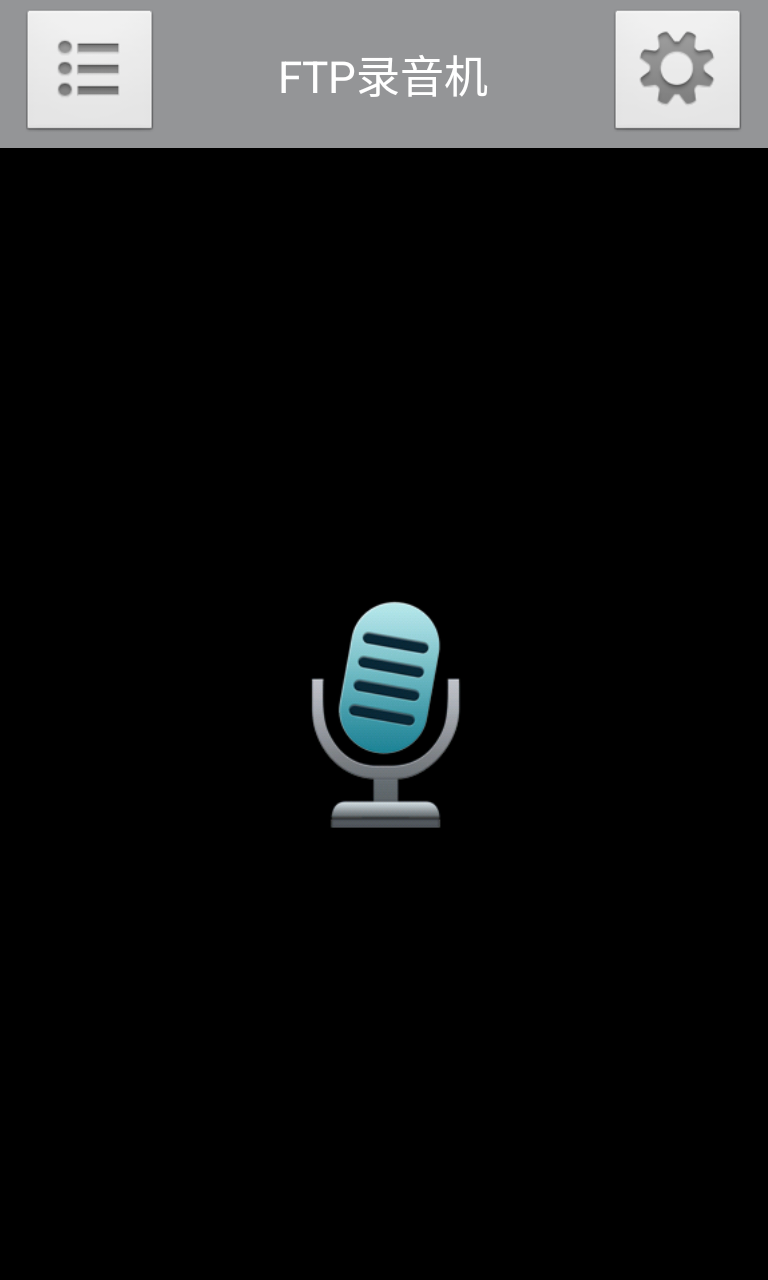
Repository: stone-jin/WAVRecoder
Layout: WAVRecoder2/res/layout/main.xml
An editor plug-in stored every save of this project. The layout is shown before and after the next save, followed by the edit.
It is drawn on a 768 x 1280 px phone screen (xhdpi) without system bars, with theme Anim_style2; the app's code is not run.

Above is the layout before, as saved 2014-05-06 18:59:08.

### WAVRecoder2/res/layout/main.xml
<?xml version="1.0" encoding="utf-8"?>
<LinearLayout xmlns:android="http://schemas.android.com/apk/res/android"
    android:layout_width="match_parent"
    android:layout_height="match_parent"
    android:orientation="vertical" >

    <include layout="@layout/main_title"/>

    <RelativeLayout
        android:layout_width="fill_parent"
        android:layout_height="fill_parent"
        android:layout_weight="1"
        android:gravity="center"
        >

	    <ImageView
	        android:layout_width="wrap_content"
	        android:layout_height="wrap_content"
	        android:background="@drawable/icon"
	        />

    </RelativeLayout>


</LinearLayout>

### WAVRecoder2/res/values/styles.xml
<resources>

    <!--
        Base application theme, dependent on API level. This theme is replaced
        by AppBaseTheme from res/values-vXX/styles.xml on newer devices.
    -->
    <style name="AppBaseTheme" parent="android:Theme.Light">
        <!--
            Theme customizations available in newer API levels can go in
            res/values-vXX/styles.xml, while customizations related to
            backward-compatibility can go here.
        -->
    </style>

    <!-- Application theme. -->
    <style name="AppTheme" parent="AppBaseTheme">
        <!-- All customizations that are NOT specific to a particular API-level can go here. -->
    </style>

    <!-- ####################以上内容全部来自搬运 ############################################ -->

    <style name="AnimFade" parent="@android:style/Animation.Activity">
    	<item name="android:activityOpenEnterAnimation">@anim/fade_in</item>
    	<item name="android:activityOpenExitAnimation">@anim/hold</item>
    	<item name="android:activityCloseEnterAnimation">@anim/fade_in</item>
    	<item name="android:activityCloseExitAnimation">@anim/fade_out</item>
	</style>
	<style name="AnimBottom" parent="@android:style/Animation">
    	<item name="android:windowEnterAnimation">@anim/push_bottom_in</item>
        <item name="android:windowExitAnimation">@anim/push_bottom_out</item>
	</style>
	<style name="AnimTop" parent="@android:style/Animation">
    	<item name="android:windowEnterAnimation">@anim/push_top_in</item>
        <item name="android:windowExitAnimation">@anim/push_top_out</item>
	</style>
	<style name="AnimTop2" parent="@android:style/Animation">
    	<item name="android:windowEnterAnimation">@anim/push_top_in2</item>
        <item name="android:windowExitAnimation">@anim/push_top_out2</item>
	</style>
	<style name="AnimHead" parent="@android:style/Animation">
    	<item name="android:windowEnterAnimation">@anim/head_in</item>
        <item name="android:windowExitAnimation">@anim/head_out</item>
	</style>

   	<style name="Anim_style" parent="android:Theme.NoTitleBar.Fullscreen">
        <item name="android:windowAnimationStyle">@style/AnimFade</item>
	</style>

	<style name="Anim_style2" parent="android:Theme.NoTitleBar">  <!-- 表示没有titlebar这个框 -->
        <item name="android:windowAnimationStyle">@style/AnimFade</item>     <!-- 定义其中打开或者保持或者关闭的时候的效果 -->
	</style>

	<style name="Anim_style_title" parent="android:Theme">
        <item name="android:windowAnimationStyle">@style/AnimFade</item>
        <item name="android:windowTitleSize">50dp</item>
        <item name="android:windowTitleBackgroundStyle">@style/CustomWindowTitleBackground</item>
	</style>

	<style name="CustomWindowTitleBackground">
       <item name="android:background">@drawable/title_bar</item>
	</style>

	<style name="MyDialogStyle">
        <item name="android:windowBackground">@android:color/transparent</item>
        <item name="android:windowFrame">@null</item>
        <item name="android:windowNoTitle">true</item>
        <item name="android:windowIsFloating">true</item>
        <item name="android:windowIsTranslucent">true</item>
        <item name="android:windowContentOverlay">@null</item>
        <item name="android:windowAnimationStyle">@android:style/Animation.Dialog</item>
        <item name="android:backgroundDimEnabled">true</item>
    </style>

    <style name="MyDialogStyleBottom" parent="android:Theme.Dialog" >
        <item name="android:windowAnimationStyle">@style/AnimBottom</item>
        <item name="android:windowFrame">@null</item><!--边框-->
        <item name="android:windowIsFloating">true</item><!--是否浮现在activity之上-->
        <item name="android:windowIsTranslucent">true</item><!--半透明-->
        <item name="android:windowNoTitle">true</item><!--无标题-->
        <item name="android:windowBackground">@android:color/transparent</item><!--背景透明-->
        <item name="android:backgroundDimEnabled">true</item><!--模糊-->
     </style>

     <style name="MyDialogStyleTop" parent="android:Theme.Dialog" >
        <item name="android:windowAnimationStyle">@style/AnimTop2</item>
        <item name="android:windowFrame">@null</item><!--边框-->
        <item name="android:windowIsFloating">true</item><!--是否浮现在activity之上-->
        <item name="android:windowIsTranslucent">true</item><!--半透明-->
        <item name="android:windowNoTitle">true</item><!--无标题-->
        <item name="android:windowBackground">@android:color/transparent</item><!--背景透明-->
        <item name="android:backgroundDimEnabled">false</item><!--模糊-->
     </style>

    <style name="HeadScale" parent="android:Theme.Dialog" >
        <item name="android:windowAnimationStyle">@style/AnimHead</item>
        <item name="android:windowFrame">@null</item><!--边框-->
        <item name="android:windowIsFloating">true</item><!--是否浮现在activity之上-->
        <item name="android:windowIsTranslucent">true</item><!--半透明-->
        <item name="android:windowNoTitle">true</item><!--无标题-->
        <item name="android:windowBackground">@android:color/black</item>
        <item name="android:backgroundDimEnabled">false</item><!--模糊-->
     </style>

    <style name="MyProgressBar" parent="android:Widget.ProgressBar">
        <item name="android:indeterminateDrawable">@drawable/loading</item>
	</style>

</resources>

### WAVRecoder2/res/layout/main_title.xml
<?xml version="1.0" encoding="utf-8"?>
<RelativeLayout xmlns:android="http://schemas.android.com/apk/res/android"
    android:layout_width="fill_parent"
    android:layout_height="wrap_content"
    android:background="#949597"
    android:paddingTop="4dp"
    android:paddingBottom="4dp"
    >

    <ImageButton
        android:layout_width="wrap_content"
        android:layout_height="wrap_content"
        android:src="@drawable/ic_menu_list"
        android:layout_alignParentLeft="true"
        android:layout_centerVertical="true"
        android:layout_marginLeft="10dp"
        />

    <TextView
        android:layout_width="wrap_content"
        android:layout_height="wrap_content"
        android:text="FTP录音机"
        android:textColor="#ffffff"
        android:textSize="22sp"
        android:layout_centerInParent="true"
        />

    <ImageButton
        android:layout_width="wrap_content"
        android:layout_height="wrap_content"
        android:src="@drawable/ic_menu_pengaturan"
        android:layout_alignParentRight="true"
        android:layout_centerVertical="true"
        android:layout_marginRight="10dp"
        />


</RelativeLayout>

After the next save:
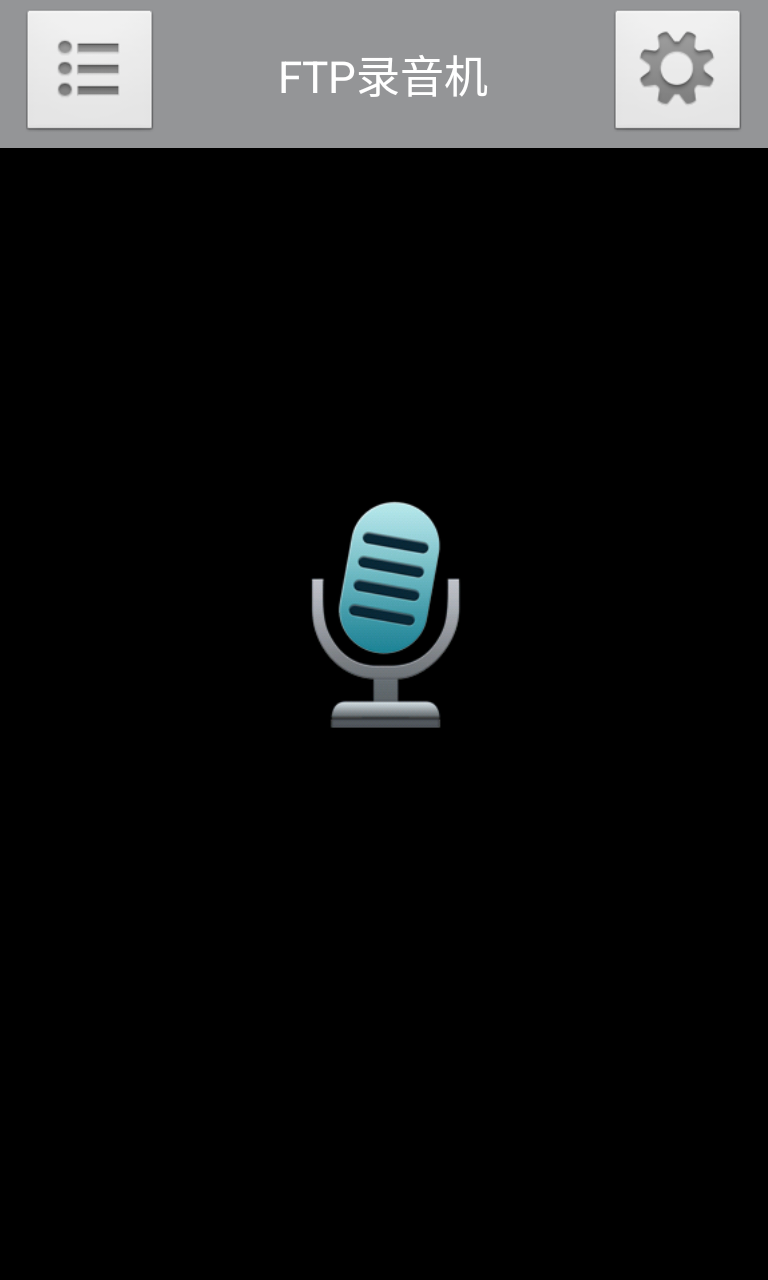
Saved 24 s later.
--- a/WAVRecoder2/res/layout/main.xml
+++ b/WAVRecoder2/res/layout/main.xml
@@ -21,5 +21,13 @@
 
     </RelativeLayout>
 
+    <LinearLayout
+        android:layout_width="fill_parent"
+        android:layout_height="100dp"
+        android:orientation="horizontal"
+        >
+
+    </LinearLayout>
+
 
 </LinearLayout>
